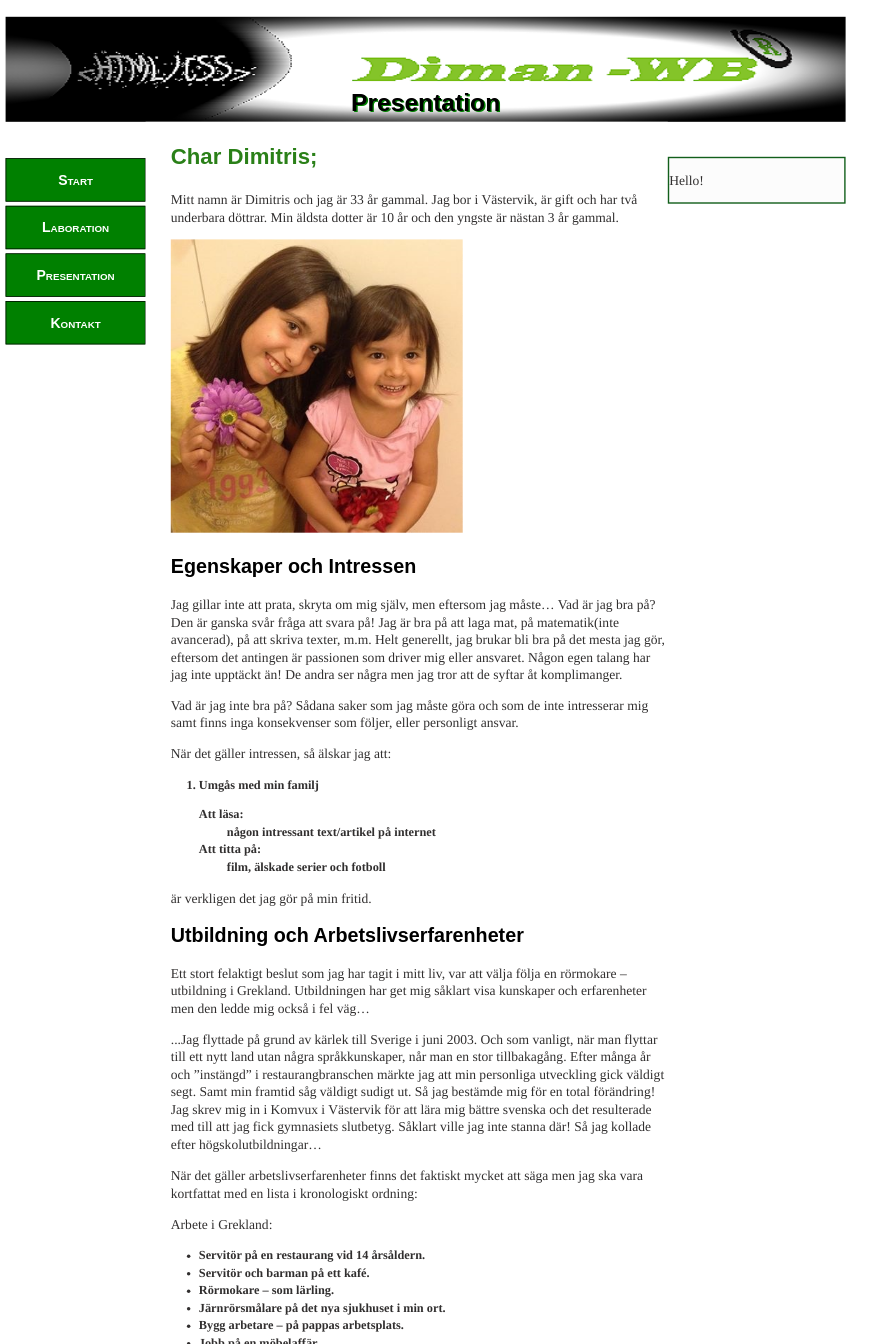
Repository: dn222em/1ik415-laborationer
Page: pages/Presentation.html
The author's editor kept a record of every edit. The page is drawn from the files as they stood at one moment, then again after the next edit.
The browser window is 1280 px wide. The pictures show the part of the page from y = 0 to 1920 px (the page is 2944 px tall before and 2965 px after), at 70% of full size.

Above is the page before.

### pages/Presentation.html
<!doctype html>

<html lang="sv">

    <head>
        <meta charset="utf-8" />
            <title>Presentation</title>
                <link rel="stylesheet" href="../CSS/style.css"/>
    </head>
            <!-- Mitt första HTML-dokument. Det ingår en ordnad lista(ol) som inkluderar en
            definitionslista(dt). Vidare ingår en oordnand lista(ul) med en oordnand lista inom listan.-->
<body>
<div id="container">
	<div id="top">

		<h1 id="title">Presentation</h1>
	</div>
	<div id="navigation">
    <ul class="menu">
		<li><a href="../index.html" class="active">Start</a></li>
		<li><a href="../pages/laborationer.html" class="active">Laboration</a></li>
		<li><a href="../pages/Presentation.html" class="active">Presentation</a></li>
		<li><a href="../pages/Kontakt.html" class="active">Kontakt</a></li>
	</ul>
    </div>

    <div id="content">
        <h1>Char Dimitris;</h1>

         <p>Mitt namn är Dimitris och jag är 33 år gammal.
        Jag bor i Västervik, är gift och har två underbara döttrar.
        Min äldsta dotter är 10 år och den yngste är nästan 3 år gammal.</p>

        <a id="bild"><img src="../pics/loveones.jpg" alt="MinaDöttrar" /></a>

    <h3>Egenskaper och Intressen</h3>

        <p>Jag gillar inte att prata, skryta om mig själv, men eftersom jag måste…
        Vad är jag bra på? Den är ganska svår fråga att svara på! Jag är bra på att
        laga mat, på matematik(inte avancerad), på att skriva texter, m.m. Helt
        generellt, jag brukar bli bra på det mesta jag gör, eftersom det antingen
        är passionen som driver mig eller ansvaret. Någon egen talang har jag inte
        upptäckt än! De andra ser några men jag tror att de syftar åt komplimanger. </p>

        <p>Vad är jag inte bra på? Sådana saker som jag måste göra och som de inte
        intresserar mig samt finns inga konsekvenser som följer, eller personligt ansvar.</p>

        <p>När det gäller intressen, så älskar jag att:</p >
            <ol>
                    <li>Umgås med min familj
                        <dl>
                                <dt>Att läsa:</dt>
                                    <dd>någon intressant text/artikel på internet</dd>
                                <dt>Att titta på:</dt>
                                    <dd>film, älskade serier och fotboll</dd>
                        </dl>
                    </li>

            </ol>
        <p>är verkligen det jag gör på min fritid.</p>

    <h3>Utbildning och Arbetslivserfarenheter</h3>

        <p>Ett stort felaktigt beslut som jag har tagit i mitt liv, var att välja
        följa en rörmokare – utbildning i Grekland. Utbildningen har get mig såklart
        visa kunskaper och erfarenheter men den ledde mig också i fel väg…</p>

        <p>...Jag flyttade på grund av kärlek till Sverige i juni 2003. Och som
        vanligt, när man flyttar till ett nytt land utan några språkkunskaper,
        når man en stor tillbakagång. Efter många år och ”instängd” i
        restaurangbranschen märkte jag att min personliga utveckling gick
        väldigt segt. Samt min framtid såg väldigt sudigt ut. Så jag bestämde mig för
        en total förändring! Jag skrev mig in i Komvux i Västervik för att lära mig
        bättre svenska och det resulterade med till att jag fick gymnasiets slutbetyg.
        Såklart ville jag inte stanna där! Så jag kollade efter högskolutbildningar…</p>

        <p>När det gäller arbetslivserfarenheter finns det faktiskt mycket
        att säga men jag ska vara kortfattat med en lista i kronologiskt ordning:</p>

        <p>Arbete i Grekland:</p>
            <ul>
                <li>Servitör på en restaurang vid 14 årsåldern.</li>
                <li>Servitör och barman på ett kafé.</li>
                <li>Rörmokare – som lärling.</li>
                <li>Järnrörsmålare på det nya sjukhuset i min ort.</li>
                <li>Bygg arbetare – på pappas arbetsplats.</li>
                <li>Jobb på en möbelaffär.</li>
                <li>Jobb på landet (trädbeskärning;).</li>
            </ul>
        <p>Arbete i Sverige (2003):</p>
          <ul>
              <li>Jobb på en restaurang i Kisa:
                      <ul>
                        <li>Diskare - köket</li>
                        <li>Pizzabagare – kok i samma restaurang.</li>
                        <li>2006 köpte (jag samt min fru) och sedan sålde vi samma restaurang
                        (2008).Flyttade till Västervik för att kunna ändra bransch men tyvärr.</li>
                      </ul>
                      </li>
              <li>Deltidsjobb som pizzabagare och kok på en restaurang fram till 2010,
              men jag har sommarjobbat ditt fram tills idag.</li>
          </ul>


    <h3>Webbprogrammerareutbildning</h3>

            <p>… <em><code id="special">D</code></em>et var en kall och mörk eftermiddag någon gång i mitten av december
            förra året. Den kalla vinden härjade på gåtan och inget levande varelse var
            tillräkligt modig att möta den. Där log jag, ensam på min soffa, i min
            mörka och kalla lägenhet och bläddrade i youtube. När helt plötsligt… mina
            ögon träffade en video med titel: ”Create your own web page in 5 minutes
            with wordpress”. Inom tre veckor kollade jag på tusentals video och läste
            hundratals artiklar om wordpress och ”how to create your own web page”. I
            början av januari köpte jag två domain, ordnade ett webbhotell och skaffade
            två webbsidor. Men det räckte och räcker inte! Jag ville och vill ha mer!</p>

            <p>Vid 33års åldern har jag märkt att det inget finns som kan ger mig mer
            tillfredställelse än att skapa något från intet. Att skapa något vackert,
            något användbart från en råvara eller intet (den digitala världen) gör mig
            väldigt lycklig. Samt får man inte glömma att det är passionen som driven
            en fram till slutet och perfektionen. Ingen plikt eller ansvar! </p>

            <p>När det var dags för att söka vidare utbildning fastnade mina ögon
            direkt på webbprogrammerareutbildningen. (Kan inte heller flytta eller läsa
            i en längre ort på grund av familjen). Det blev mitt första val och andra
            blev ekonomiutbildning på distans, något som jag faktiskt inte gillar mycket.</p>

            <p>Jag har aldrig programmerat innan! Det är det som gör att jag inte vet
            verkligen hur min framtid kommer att se ut, eftersom jag inte är säker om
            jag kommer att klara utbildningen (C#). Jag hoppas på att, om två år, kommer
            jag att vara en lycklig webbprogrammerare! </p>
    </div>

    <div id="sidebar">
		<p>Hello!</p>
	</div>

    <div id="footer">
    <h6>Author: Dimitris Nalmpantis</h6>
    </div>
</div>
</body>

</html>

### CSS/style.css

/*Layout
 Using: Two columns floating layout
Total width: 1100px
-----------------------------------------------------------------------------------------------------------*/
/*Container white (#FFFFF)
*Top -  green { #125F1B } --> Title( #2A8018)
*Navigation green
*Content - #FFFFF
*footer-white { #fff }
*Siderbar #fcfcfc (white.gray)

------------------------------------------------------------------*/
#container {
width: 1200px;
background-color:white;
margin-right:0px;
margin-left:0px;
position:relative;


}

/*Top
-------------------------------------------------------------------*/
#top {

	height: 150px;
	background-color: #125F1B;
	background: url('../pics/logo.png') no-repeat; background-size:1200px 150px;

}

#title {
	font-family: "arial", "helvetica", "serif"; color: black;
	font-size:2em;
	text-shadow: 2px 2px green;
	text-align:center;
	padding-top: 90px;
}

/*Navigation -Menu
-------------------------------------------------------------------*/
#navigation {
	margin-top: 1px;
	width: 200px;	height:auto;
	float: left;
	background-color:#FFF;
	padding:0px;
	padding-top:50px;
}

/*Content
-------------------------------------------------------------------*/
#content {
	background-color: #FFF;
	width: 710px;
	margin-bottom: 20px;
	float: left;
	padding:0px;
	padding-left:36px;


}

/*Sidebar
-------------------------------------------------------------------*/
#sidebar {
	background-color: #fcfcfc;
	font-family: "arial", "helvetica", "sans-serif"; color: white;
	border: 2px solid #125F1B;
	margin-top: 50px;
	width: 250px;
	float: right;
	padding:0px;


}

/*Footer
--------------------------------------------------------------------*/
#footer {
clear:both;
padding:10px;
background-color:#fff;
color:white;
text-align:right;
	height:60px;

}

/*Menu attributes
------------------------------------------------------*/
.menu {
	float:left;
	font-family: "arial", "helvetica", "serif"; font-variant:small-caps;
	font-size: 20px; font-weight:bold;
	margin-top:1px;
	margin-left:0px;
	padding:0px;

}

.menu li {
	text-decoration:none;
	list-style-type:none;
	height: 68px; line-height: 60px;
	padding-top:0px;	padding-left:0px;	padding-right:0px;

}
.menu li a {
	display:block;
	border:solid 1px black;	text-align:center;	width: 198px;
	color:white;	background-color:green;


}
.menu li a:visited{ color:white; background-color:green;}

.menu li a:hover{ background-color:white;color:green;}

.menu li a:active{ background-color:black;	color:black;}

.menu li a:focus { background-color:black;	color:green;}

.menu li a:checked {background-color:white; color:red;}






/*Typografi
---------------------------------------------------------------------------------------------------------*/
/*Links
-------------------------------*/
a:link {color:green; text-decoration:none;}
a:visited {color:#CB29D5;} /*lila*/
a:hover{color:red;}
a:focus {color:blue;}
a:active{color:#29D17;} /*light-green*/

/*Headers
------------------------------*/
body {font-family :"times", "georgia", "serif", "Lucida Sans Unicode", "Lucida Grande";
	line-height: 25px; color: #312F2F; font-size: 1.1em; width:674px;}

h1, h2, h3, h4, h5, h6 {font-family: "arial", "tahoma", "helvetica", "san serif", "verdana";
font-weight:bold; color: #2A8018; line-height: 1.8em;  font-size: 1.8em;} /*tema-green*/

h2 {line-height: 28px;  font-size: 28px;}
h3 {line-height: 26px;  color:  black; font-size: 1.6em;}
h4 {line-height: 25px;  color:  black; font-size: 1.4em;}
h5 {line-height: 25px;  color:  black; font-size: 1.3em; text-transform:uppercase;}
h6 {line-height: 25px;  color:  black; font-size: 1.2em; font-weight:none;}

/*Body
-----------------------------*/
p {font-family :"times", "georgia", "serif", "Lucida Sans Unicode", "Lucida Grande";
	line-height: 25px; color: #312F2F; font-size: 1.1em;
} /*grey-black*/

#content ol, ul{font-family: "arial", "tahoma", "helvetica", "san serif", "verdana";
line-height: 25px; color: #4829D1; font-size: 1em;}

#content li, dl, dt  {font-family :"times", "georgia", "serif", "Lucida Sans Unicode", "Lucida Grande";
	line-height: 25px; color: #312F2F; font-size: 1em; font-weight:bold;}

#special {font-family:"sans-serif"; font-size: 40px; font-weight:bold;}

img { max-width:710px;}

video {max-width:710px;}

.minilogo { background-image:url("pics/minilogob.jpg");
background-repeat: no-repeat;/* repeat, repeat-x, repeat-y */
background-position: top left; /* right, bottom, center ... */
background-size: 40px 50px;
text-indent: 30px;
font-size: 50px;
line-height:53px;}

After the next edit:
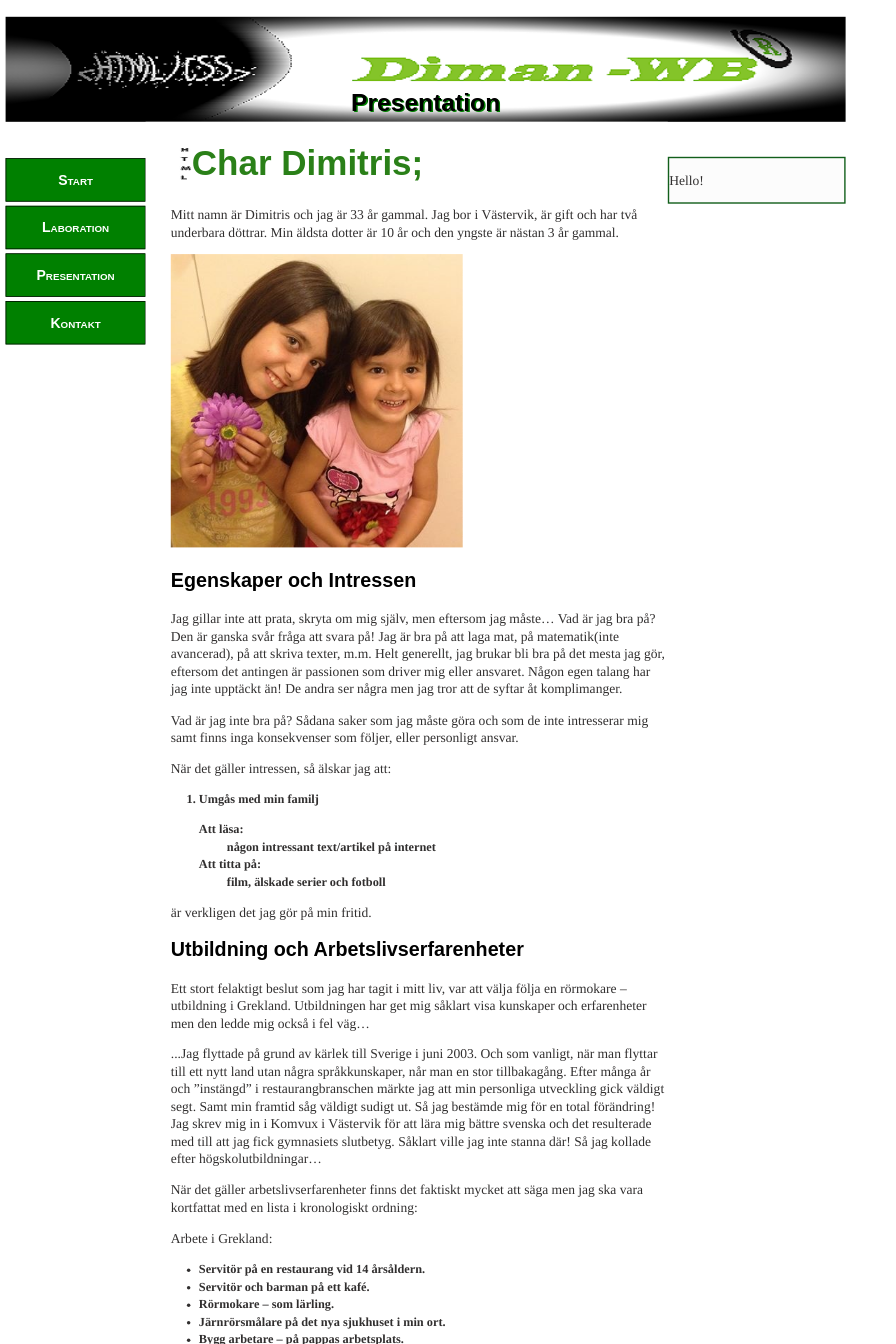
The edit:
--- a/pages/Presentation.html
+++ b/pages/Presentation.html
@@ -25,7 +25,7 @@
     </div>
 
     <div id="content">
-        <h1>Char Dimitris;</h1>
+        <h1 class="minilogo">Char Dimitris;</h1>
 
          <p>Mitt namn är Dimitris och jag är 33 år gammal.
         Jag bor i Västervik, är gift och har två underbara döttrar.
